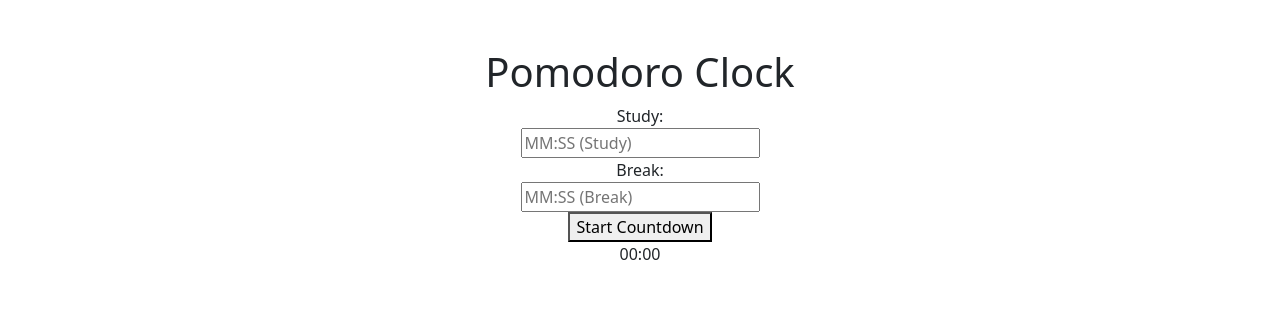
Repository: jobid0212/pomodoro-clock
Page: http://localhost/
These files come from the project's save history. The page is drawn as it stood at one moment and after the next save; the edit follows.
The browser window is 1280 px wide. The pictures show the whole page.
The page is served by the project's application, run on Flask 3 (app.py).

Above is the page before, as saved 2026-02-06 18:53:43.

After the next save:
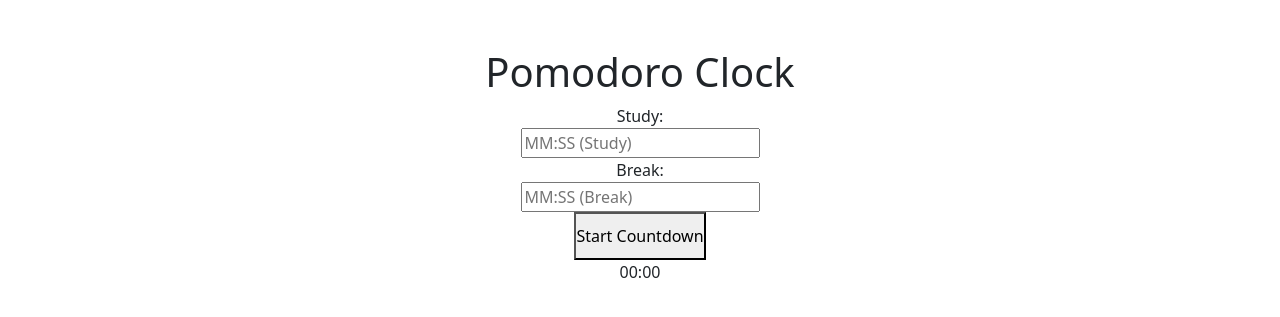
Saved 30 s later.
--- a/templates/index.html
+++ b/templates/index.html
@@ -38,7 +38,7 @@
                     </span>
 
                     <div>
-                        <button onclick="startTimer('study')">Start Countdown</button>
+                        <button onclick="startTimer('study')" id="start-button">Start Countdown</button>
                     </div>
 
                     <div id="display">
